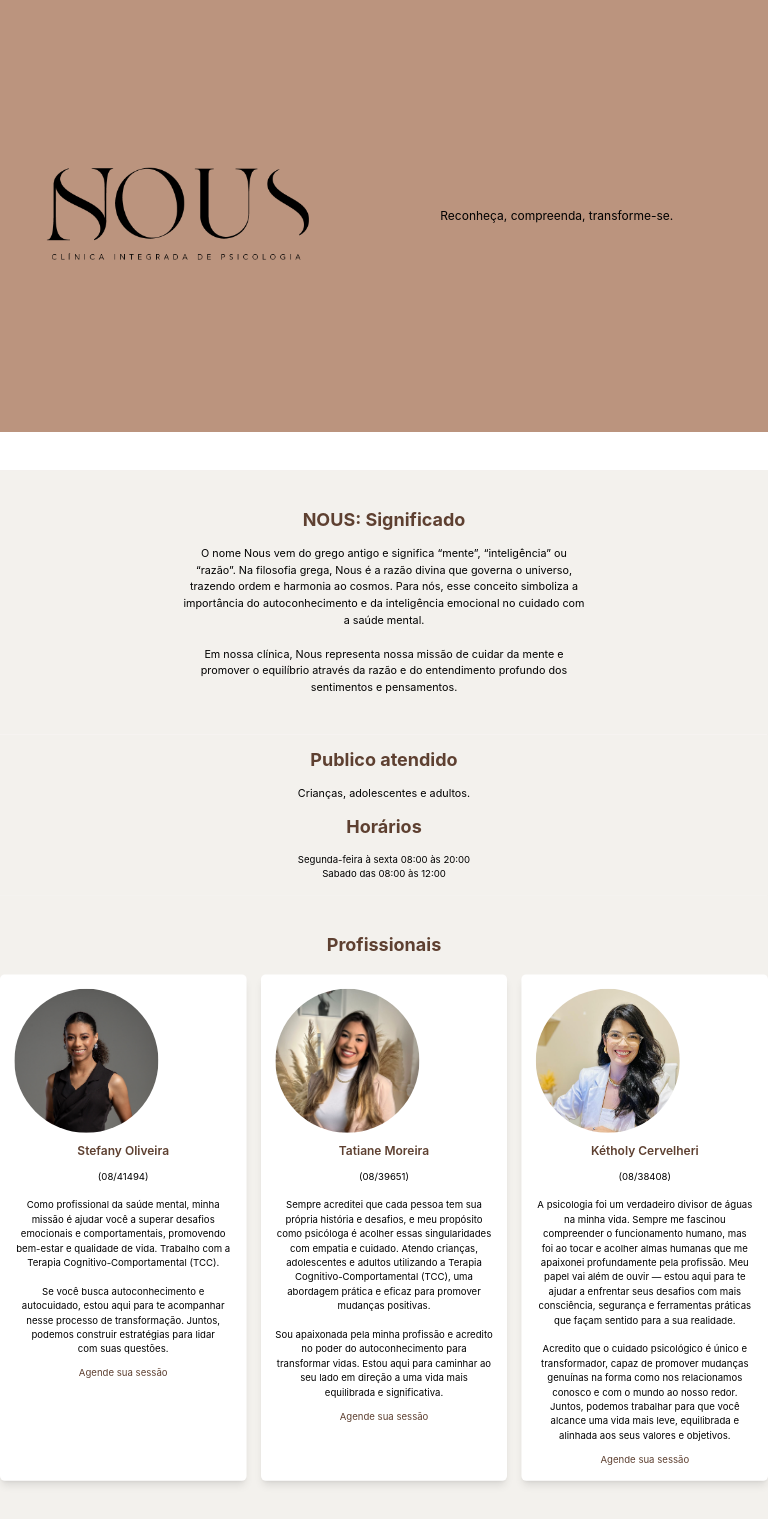
Repository: Mcervelheri/Nous
Page: /
These files come from the project's save history. The page is drawn as it stood at one moment and after the next save; the edit follows.
The browser window is 1280 px wide. The pictures show the whole page, at 60% of full size.
The project was rebuilt for these pictures with package versions that can differ from the ones it lists, and the page was loaded fresh each time. Also part of the build but not shown: vite.config.js.

Above is the page before, as saved 2025-02-19 22:52:37.

After the next save:
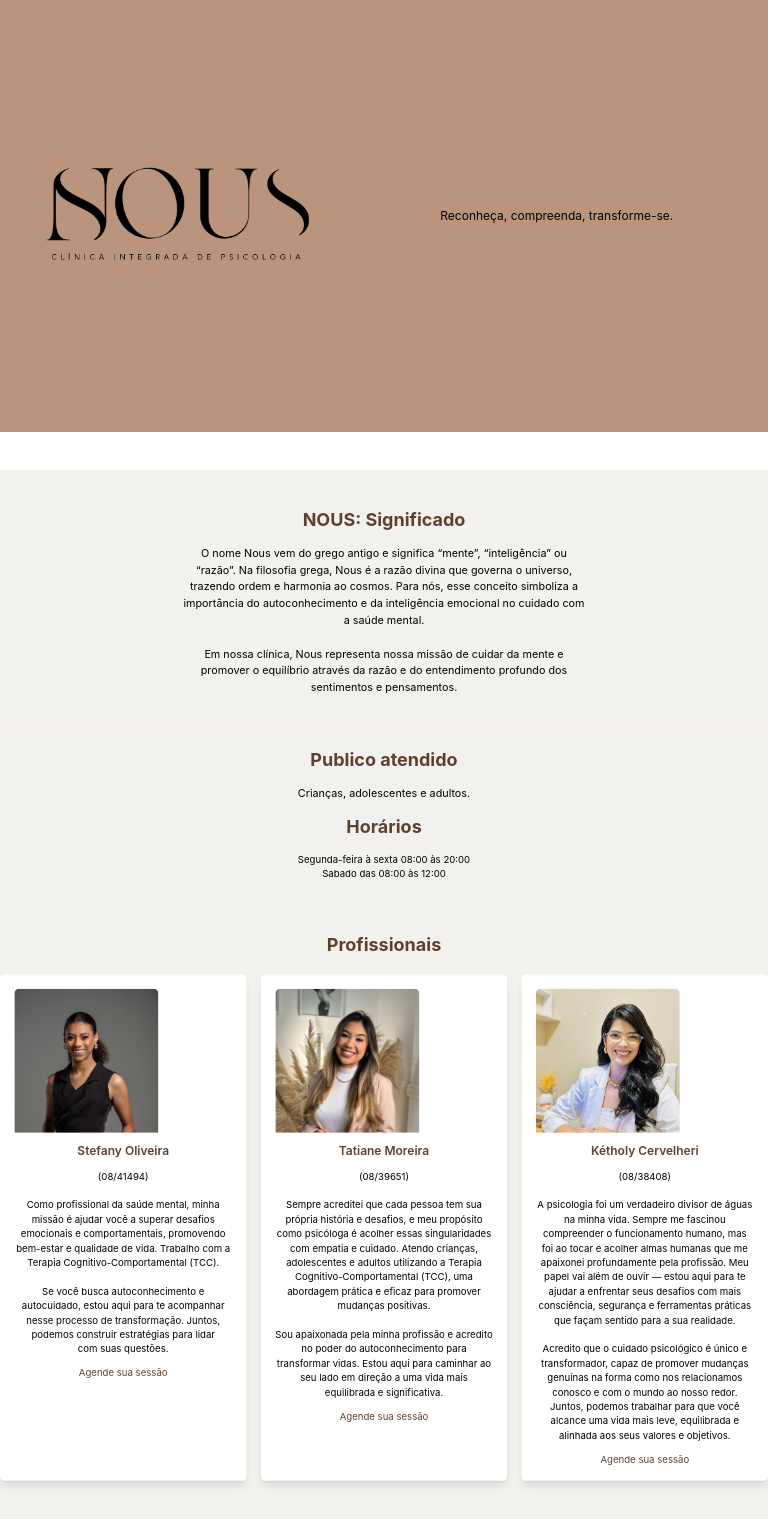
Saved 20 s later.
--- a/src/components/Professional.jsx
+++ b/src/components/Professional.jsx
@@ -7,7 +7,7 @@ const Professional = ({ img, name, crp, text1, text2 }) => {
         <img
           src={img}
           alt={name}
-          className="w-full h-full object-cover object-top rounded-full"
+          className="w-full h-full object-cover object-top rounded-t-lg"
         />
       </div>
       <h3 className="text-xl font-semibold my-4 text-[#5e4031]">{name}</h3>
